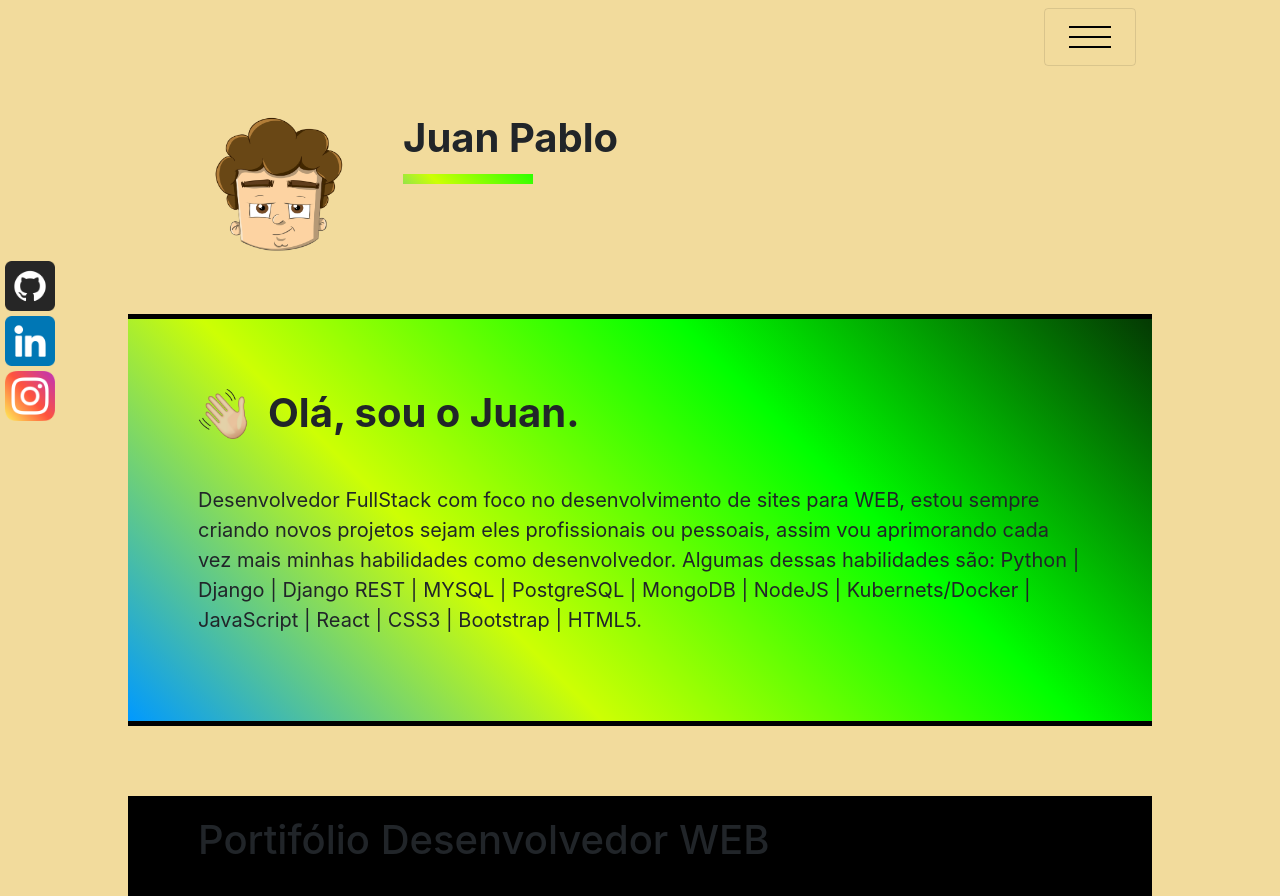
Repository: JuanPabloDS/portifolio
Page: http://localhost/
These files come from the project's save history. The page is drawn as it stood at one moment and after the next save; the edit follows.
The browser window is 1280 px wide. The pictures show the whole page.
The page is served by the project's application, run on Django 4.2 (manage.py). Other server files are loaded and not shown.

Above is the page before, as saved 2023-02-22 22:58:39.

### core/templates/index.html
{% extends 'base.html' %}

{% block content %}

{% include 'perfil.html' %}

{% include 'apresentacao.html' %}

{% include 'developer.html' %}

{% include 'footer.html' %}

{% endblock %}

### core/templates/base.html
{% load static %}
<!DOCTYPE html>
<html lang="pt-br">

    <head>
        <!-- Required meta tags -->
        <meta charset="UTF-8">
        <meta http-equiv="X-UA-Compatible" content="IE=edge">
        <meta name="viewport" content="width=device-width, initial-scale=1.0">
        <title>Portifólio</title>

        <!-- Bootstrap CSS -->
        <link rel="stylesheet" href="{% static 'css/bootstrap.min.css' %}">
        <link rel="stylesheet" href="{% static 'css/style.css' %}">


    </head>

    <body>
        <div class="pos-f-t">
            <nav class="navbar navbar-light menu">
              <button class="navbar-toggler" type="button" data-toggle="collapse" data-target="#navbarToggleExternalContent" aria-controls="navbarToggleExternalContent" aria-expanded="false" aria-label="Toggle navigation">
                <div class="burger"><i></i><i></i><i></i></div>
              </button>
            </nav>
            <div class="collapse" id="navbarToggleExternalContent">
              <div class="bg-dark p-4">
                <div class="menu-itens">
                  <h1>HOME</h1>
                </div>
                <div class="menu-itens">
                  <h1>HOME</h1>
                </div>
                <div class="menu-itens">
                  <h1>HOME</h1>
                </div>
                <div class="menu-itens">
                  <h1>HOME</h1>
                </div>
              </div>
            </div>
          </div>
{% block content %}
{% endblock %}

### core/templates/perfil.html
{% load static %}
<div class="perfil">
    <img src="{% static '/img/perfil/eu.png' %}" alt="">
    <div class="borda">
        <h1>Juan Pablo</h1>
    </div>
</div>

### core/templates/apresentacao.html
{% load static %}
<div class="apresentacao">
    <div class="texto">
        <div>
            <img src="{% static '/img/icons/acenar.png' %}" alt="">
            <h1>Olá, sou o Juan.</h1>
        </div>
        <div class="paragrafo">
            <p>Desenvolvedor FullStack com foco no desenvolvimento de sites para WEB, estou sempre criando
            novos projetos sejam eles profissionais ou pessoais, assim vou aprimorando cada vez
            mais minhas habilidades como desenvolvedor. Algumas dessas habilidades são:
            Python | Django | Django REST | MYSQL | PostgreSQL | MongoDB | NodeJS | Kubernets/Docker |
            JavaScript | React | CSS3 | Bootstrap | HTML5.   </p>
        </div>
    </div>
    <div class="icons">
        <img src="{% static '/img/icons/github.png' %}" alt="">
        <img src="{% static '/img/icons/linkedin.png' %}" alt="">
        <img src="{% static '/img/icons/instagram.png' %}" alt="">
    </div>
</div>

### core/templates/developer.html
{% load static %}
<div class="dev">
    <div class="dev-1">
        <h1>Portifólio Desenvolvedor WEB</h1>
    </div>
</div>

### core/templates/footer.html
{% load static %}
<!-- jQuery first, then Tether, then Bootstrap JS. -->
<script src="{% static 'js/jquery.js' %}"></script>
<script src="{% static 'js/bootstrap.js' %}" ></script>
<script src="{% static 'js/bootstrap.min.js' %}" ></script>
<script src="{% static 'js/bootstrap.bundle.js' %}" ></script>
<script src="{% static 'js/bootstrap.bundle.min.js' %}" ></script>
</body>
</html>

### core/views.py
from django.views.generic import TemplateView

class IndexView(TemplateView):
    template_name: str = 'index.html'

### portifolio/urls.py
"""portifolio URL Configuration

The `urlpatterns` list routes URLs to views. For more information please see:
    https://docs.djangoproject.com/en/4.1/topics/http/urls/
Examples:
Function views
    1. Add an import:  from my_app import views
    2. Add a URL to urlpatterns:  path('', views.home, name='home')
Class-based views
    1. Add an import:  from other_app.views import Home
    2. Add a URL to urlpatterns:  path('', Home.as_view(), name='home')
Including another URLconf
    1. Import the include() function: from django.urls import include, path
    2. Add a URL to urlpatterns:  path('blog/', include('blog.urls'))
"""
from django.contrib import admin
from django.urls import path, include

from django.conf.urls.static import static
from django.conf import settings

urlpatterns = [
    path('admin/', admin.site.urls),
    path('', include('core.urls')),
] + static(settings.MEDIA_URL, document_root=settings.MEDIA_ROOT)

### core/urls.py
from django.urls import path
from .views import IndexView

urlpatterns = [
    path('', IndexView.as_view(), name='index')
]

### core/static/css/style.css
/*! Menu inicial */

body{
    width: 80%;
    margin: auto;
    background-color: #f2db9c;
}

@media screen and (max-width: 600px) {
    body{
        width: 100%;
        margin: auto;
    }

}

.burger {

    z-index: 9998;
    cursor: pointer;
    padding: 5px 4px;
    background-color: transparent;
}

.burger i {
    display: block;
    width: 42px;
    height: 2px;
    margin: 8px;
    background-color: black;
}

.burger:active,
.burger:focus {
 outline-color:0;
 outline-style:none;
 outline-width:0
}
.burger i {
 display:block;
 width:42px;
 height:2px;
 margin:8px;
 background-color:black
}

.burger i:nth-child(n) {
 -moz-transition:-moz-transform .45s cubic-bezier(.43,.77,.15,1.5),background .3s ease;
 -o-transition:-o-transform .45s cubic-bezier(.43,.77,.15,1.5),background .3s ease;
 -webkit-transition:-webkit-transform .45s cubic-bezier(.43,.77,.15,1.5),background .3s ease;
 transition:transform .45s cubic-bezier(.43,.77,.15,1.5),background .3s ease
}
.burger.hover i:nth-child(1) {
 -moz-transform:translate3d(0,-4px,0);
 -ms-transform:translate3d(0,-4px,0);
 -webkit-transform:translate3d(0,-4px,0);
 transform:translate3d(0,-4px,0)
}
.burger.hover i:nth-child(3) {
 -moz-transform:translate3d(0,4px,0);
 -ms-transform:translate3d(0,4px,0);
 -webkit-transform:translate3d(0,4px,0);
 transform:translate3d(0,4px,0)
}
.burger.st-1 {
 animation:rotate-back-in .8s cubic-bezier(.2,.86,.35,1) forwards;
 -webkit-animation:rotate-back-in .8s cubic-bezier(.2,.86,.35,1) forwards
}
.burger.st-1 i:nth-child(1) {
 -moz-transform:translate3d(0,9px,0);
 -ms-transform:translate3d(0,9px,0);
 -webkit-transform:translate3d(0,9px,0);
 transform:translate3d(0,9px,0)
}
.burger.st-1 i:nth-child(3) {
 -moz-transform:translate3d(0,-9px,0);
 -ms-transform:translate3d(0,-9px,0);
 -webkit-transform:translate3d(0,-9px,0);
 transform:translate3d(0,-9px,0)
}
.burger.st-2 {
 animation:rotate-back-out .85s cubic-bezier(.2,.86,.35,1) forwards;
 -webkit-animation:rotate-back-out .85s cubic-bezier(.2,.86,.35,1) forwards
}
.burger.st-2 i:nth-child(1) {
 -moz-transform:translate3d(0,10px,0) rotate(45deg) scale(1.5);
 -ms-transform:translate3d(0,10px,0) rotate(45deg) scale(1.5);
 -webkit-transform:translate3d(0,10px,0) rotate(45deg) scale(1.5);
 transform:translate3d(0,10px,0) rotate(45deg) scale(1.5)
}
.burger.st-2 i:nth-child(2) {
 opacity:0
}
.burger.st-2 i:nth-child(3) {
 -moz-transform:translate3d(0,-10px,0) rotate(-45deg) scale(1.5);
 -ms-transform:translate3d(0,-10px,0) rotate(-45deg) scale(1.5);
 -webkit-transform:translate3d(0,-10px,0) rotate(-45deg) scale(1.5);
 transform:translate3d(0,-10px,0) rotate(-45deg) scale(1.5)
}
.burger.st-2.hover i:nth-child(1) {
 -moz-transform:translate3d(0,10px,0) rotate(50deg) scale(1.5);
 -ms-transform:translate3d(0,10px,0) rotate(50deg) scale(1.5);
 -webkit-transform:translate3d(0,10px,0) rotate(50deg) scale(1.5);
 transform:translate3d(0,10px,0) rotate(50deg) scale(1.5)
}
.burger.st-2.hover i:nth-child(3) {
 -moz-transform:translate3d(0,-10px,0) rotate(-50deg) scale(1.5);
 -ms-transform:translate3d(0,-10px,0) rotate(-50deg) scale(1.5);
 -webkit-transform:translate3d(0,-10px,0) rotate(-50deg) scale(1.5);
 transform:translate3d(0,-10px,0) rotate(-50deg) scale(1.5)
}

.menu{
    height: 20%;
    background-color: #f2db9c;
    color: black;
}

.menu button{
    position: relative;
    right: inherit;
    float: right;
    margin-left: auto;
    color: black;
}

.menu span {
    color: black;
}



.menu-itens {
    height: 80px;
    background-color: blue;
    text-align: center;
    padding-top: 13px;
    margin-bottom: 10px;
    font-size: 50%;
}

@media screen and (max-width: 600px){
    .menu button{
        position: relative;
        padding-top: 0;
        right: inherit;
        padding-right: 0;
        padding-left: 5px;
        padding-bottom: 0;
        width: 60px;
        height: 50px;
    }

    .menu-itens {
        height: 30px;
        background-color: blue;
    }

    .menu-itens h1 {
        font-size: 150%;
        line-height: 0.2;
    }

    .burger i {
        width:25px;
        height:2px;
       }
}

/*! Fim Menu inicial */

/*! Perfil */

.perfil{
    padding-top: 40px;
    padding-left: 80px;
    margin-bottom: 200px;
}

.perfil img {
    width: 140px;
    height: 140px;
    float: left;
}

.perfil h1 {
    margin-left: 50px;
    position: absolute;
    font-weight: bold;


}
.borda{
    position: relative;
    padding-left: 145px;
}

.borda::before, .borda::after{
    content: '';
    position: absolute;
    z-index: -1;
    width: calc(130px);
    height: calc(10px);
    top: 60px;
    background: linear-gradient(45deg, #0099ff, #cdff04, #00ff00, #043903 );
    margin-left: 50px;
    background-size: 300%;
    animation: AnimarBorda 8s linear infinite;

}

@keyframes AnimarBorda {
    0% {
        background-position: 0;
    }
    100% {
        background-position: 300%;
    }
}

@media screen and (max-width: 900px) {
    .perfil {
        padding-left: 20px;
        margin-bottom: 100px;

    }
    .perfil img {
        width: 60px;
        height: 60px;
    }
    .perfil h1 {
        font-size: 30px;
    }

    .borda{
        padding-left: 30px;
    }

    .borda::before, .borda::after{
        margin-left: 20px;
        top: 40px;

    }

}

/*! Fim Perfil */

/*! Apresentaçao */

.apresentacao{
    background-color: #f2e5c0;
    padding: 70px;
    position: relative;
    border-bottom: 5px solid black;
    border-top: 5px solid black;
    background: linear-gradient(45deg,#0099ff, #cdff04, #00ff00, #043903
    );
    animation-name: ring;
    animation-duration: 1000ms;
    animation-timing-function: linear;
    animation-iteration-count: infinite;
    display: flex;
    justify-content: center;
    align-items: center;

@keyframes ring {
    0%{
        tranform:rotate(-360deg)
    }
}

}

.texto {
    display: flex;
    flex-direction: column ;
    flex-wrap: wrap;
}

.texto h1 {
    margin-left: 20px;
    font-weight: bold;
    float: left;
    align-self: stretch;
}

.texto img {
    width: 50px;
    height: 50px;
    float: left;
}

.paragrafo p {
    margin-top: 40px;
    font-size: 20px;
}

.icons{
    position: fixed;
    padding-bottom: 23%;
    padding-left: 5px;
    bottom: 0;
    left: 0;
    width: 50px;
}

.icons img{
    width: 50px;
    height: 50px;
    margin-bottom: 5px;
}

@media screen and (max-width: 900px) {
    .icons{
        width: 20px;
    }

    .icons img{
        width: 20px;
        height: 20px;
        margin-bottom: 5px;
    }

    .texto h1 {
        font-size: 20px;
    }

    .texto img {
        width: 25px;
        height: 25px;
    }

    .paragrafo p {
        margin-top: 20px;
        font-size: 15px;
    }

}

/*! Fim Apresetação */

/*! Developer */

.dev-1 {
    margin-top: 70px;
    height: 100px;
    background-color: black;
    padding-top: 20px;
    padding-left: 70px;
}

.dev-1 h1 {

}

Loaded but not shown: core/static/css/bootstrap.min.css (library); core/static/js/jquery.js (library); core/static/js/bootstrap.js (library); core/static/js/bootstrap.min.js (library); core/static/js/bootstrap.bundle.js (library); core/static/js/bootstrap.bundle.min.js (library)

After the next save:
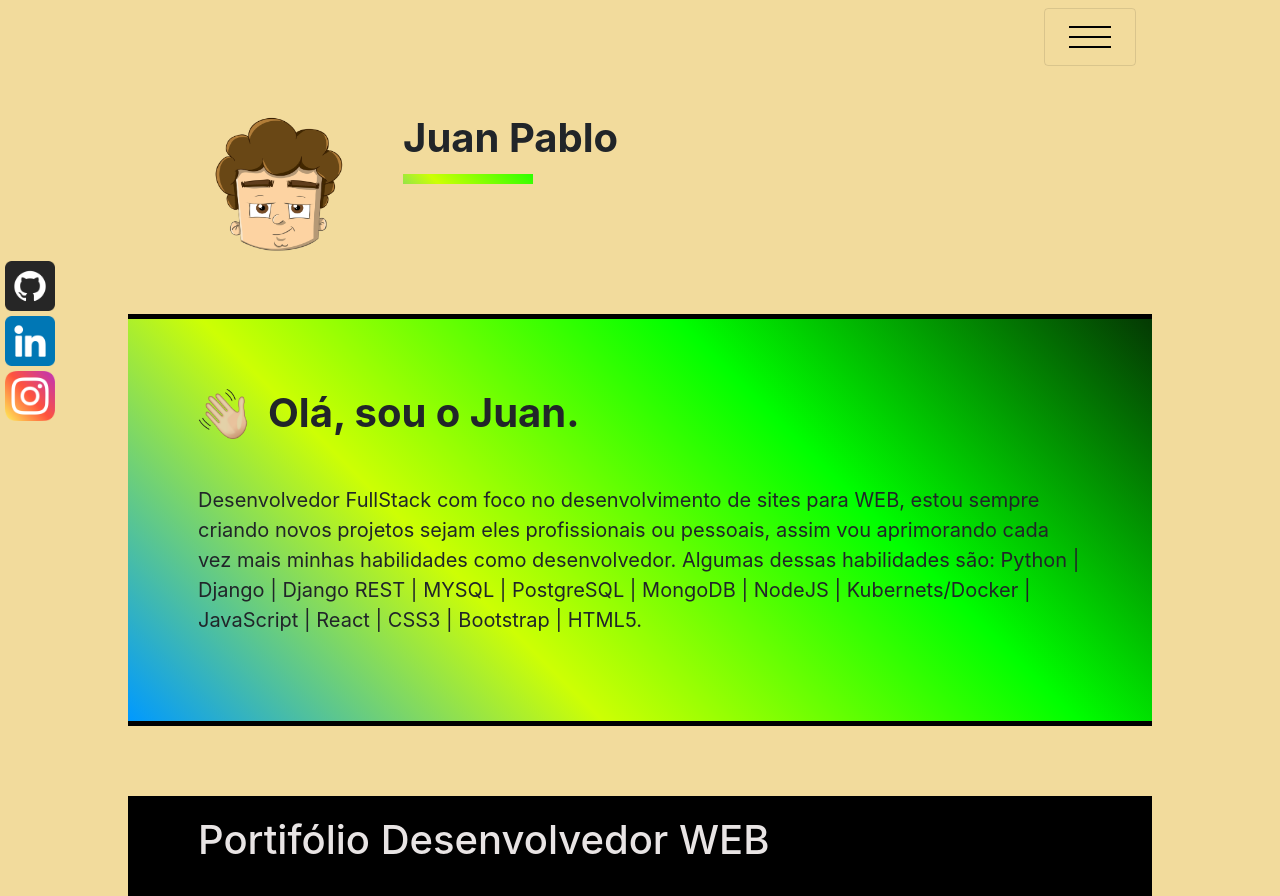
Saved 100 s later.
--- a/core/static/css/style.css
+++ b/core/static/css/style.css
@@ -351,5 +351,6 @@ body{
 }
 
 .dev-1 h1 {
-
-}
+    color: rgb(232, 228, 228);
+
+}
